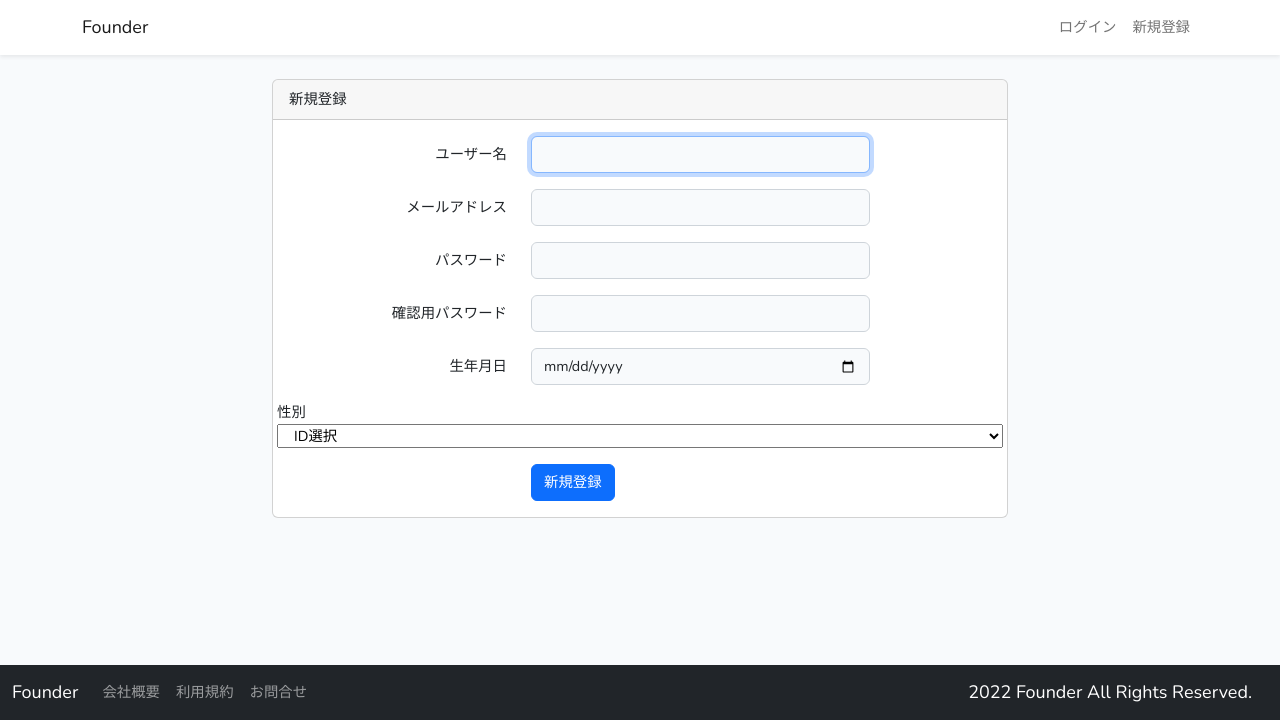
Repository: kazuro-yasuda/Founder_01
Page: http://localhost/register
The author's editor kept a record of every edit. The page is drawn from the files as they stood at one moment, then again after the next edit.
The browser window is 1280 px wide. The pictures show the whole page.
The page is served by the project's Laravel application, run on PHP 8.4 with Laravel 9. Other server files are loaded and not shown.

Above is the page before.
Console error: TypeError: Cannot set properties of null (setting 'onclick')

### cms/app/Providers/AppServiceProvider.php
<?php

namespace App\Providers;

use Illuminate\Support\ServiceProvider;
use Illuminate\Routing\UrlGenerator;//この行を追加

class AppServiceProvider extends ServiceProvider
{
    /**
     * Register any application services.
     *
     * @return void
     */
    public function register()
    {
        //
    }

    /**
     * Bootstrap any application services.
     *
     * @return void
     */
    public function boot(UrlGenerator $url)
    {
        $url->forceScheme('https');
    }
}

### cms/routes/web.php
<?php

use Illuminate\Support\Facades\Route;
use Illuminate\Http\Request;
use App\Http\Controllers\WelcomeFounderController;
use App\Http\Controllers\ItemsController;
use App\Http\Controllers\ItemController;
use App\Http\Controllers\ItemsAdminController;
use App\Http\Controllers\CompareController;
use App\Http\Controllers\MediumCategoryController;
use App\Http\Controllers\ImageController;
use App\Http\Controllers\ItemDetailController;



/*
|--------------------------------------------------------------------------
| Web Routes
|--------------------------------------------------------------------------
|
| Here is where you can register web routes for your application. These
| routes are loaded by the RouteServiceProvider within a group which
| contains the "web" middleware group. Now create something great!
|
*/
//[ ユーザー側の画面関係]

//トップページ表示
Route::get('/', [WelcomeFounderController::class, 'index']);

//中カテゴリーページ表示
Route::get('/categories',  [MediumCategoryController::class, 'index']);

//商品一覧ページ表示
Route::get('/items',   [ItemsController::class, 'index']);

// いいねボタン
 Route::post('/items/{item_id}', [ItemsController::class, 'nice']);

//商品詳細ページ表示
Route::get('/item/{id}', [ItemController::class, 'index']);


//「気になるボタン」uniteテーブル・中間テーブルに保存
Route::post('/compare/create', [CompareController::class, 'create']);

//「気になるボタン」比較ページ表示
Route::post('/compare/{item_unite_id}', [CompareController::class, 'intereste']);

//中間テーブルのデータをもとに比較画面表示
//Route::get('/compare/{unite_id}', [CompareController::class, 'index']);





//[ 管理者側の画面関係]
// ①商品の追加ダッシュボード表示(items_admin.blade.php)
 Route::get('/items_admin', [ItemsAdminController::class, 'index']);

 // ②商品を追加
 Route::post('/add_item', [ItemsAdminController::class, 'store']);


// //③商品更新処理
// Route::post('/@@@',[ItemsAdminController::class, 'update']);

// //④商品削除
// Route::delete('/@@@k/{@@@}',[ItemsAdminController::class, 'destroy']);


//画像アップロード画面表示
//Route::get('/image', [ImageController::class, 'index']);

//画像アップロード処理
//Route::post('/image/upload',[ImageController::class, 'upload']);




Auth::routes();

Route::get('/home', [App\Http\Controllers\HomeController::class, 'index'])->name('home');

### cms/resources/views/auth/register.blade.php
@extends('layouts.app')

@section('content')
<div class="container">
    <div class="row justify-content-center">
        <div class="col-md-8">
            <div class="card">
                <div class="card-header">{{ __('新規登録') }}</div>

                <div class="card-body">
                    <form method="POST" action="{{ route('register') }}">
                        @csrf

                         <!--会員種別-->
                        <!--<div class="row mb-3">-->
                        <!--    <label for="role_id" class="col-md-4 col-form-label text-md-end">{{ __('会員種別') }}</label>-->

                        <!--    <div class="col-md-6">-->
                        <!--        <input id="role_id" type="integer" class="form-control @error('role_id') is-invalid @enderror" name="role_id" value="{{ old('role_id') }}" required autocomplete="role_id" autofocus>-->

                        <!--        @error('role_id')-->
                        <!--            <span class="invalid-feedback" role="alert">-->
                        <!--                <strong>{{ $message }}</strong>-->
                        <!--            </span>-->
                        <!--        @enderror-->
                        <!--    </div>-->
                        <!--</div>-->

                        <!--ユーザー名-->
                        <div class="row mb-3">
                            <label for="name" class="col-md-4 col-form-label text-md-end">{{ __('ユーザー名') }}</label>

                            <div class="col-md-6">
                                <input id="name" type="string" class="form-control @error('name') is-invalid @enderror" name="name" value="{{ old('name') }}" required autocomplete="name" autofocus>

                                @error('name')
                                    <span class="invalid-feedback" role="alert">
                                        <strong>{{ $message }}</strong>
                                    </span>
                                @enderror
                            </div>
                        </div>



                        <!--メールアドレス-->
                        <div class="row mb-3">
                            <label for="email" class="col-md-4 col-form-label text-md-end">{{ __('メールアドレス') }}</label>

                            <div class="col-md-6">
                                <input id="email" type="string" class="form-control @error('email') is-invalid @enderror" name="email" value="{{ old('email') }}" required autocomplete="email">

                                @error('email')
                                    <span class="invalid-feedback" role="alert">
                                        <strong>{{ $message }}</strong>
                                    </span>
                                @enderror
                            </div>
                        </div>

                        <!--パスワード-->
                        <div class="row mb-3">
                            <label for="password" class="col-md-4 col-form-label text-md-end">{{ __('パスワード') }}</label>

                            <div class="col-md-6">
                                <input id="password" type="password" class="form-control @error('password') is-invalid @enderror" name="password" required autocomplete="new-password">

                                @error('password')
                                    <span class="invalid-feedback" role="alert">
                                        <strong>{{ $message }}</strong>
                                    </span>
                                @enderror
                            </div>
                        </div>

                         <!--確認用パスワード-->
                        <div class="row mb-3">
                            <label for="password-confirm" class="col-md-4 col-form-label text-md-end">{{ __('確認用パスワード') }}</label>

                            <div class="col-md-6">
                                <input id="password-confirm" type="string" class="form-control" name="password_confirmation" required autocomplete="new-password">
                            </div>
                        </div>


                         <!--性別-->
                        <!--<div class="row mb-3">-->
                        <!--    <label for="gender" class="col-md-4 col-form-label text-md-end">{{ __('性別') }}</label>-->

                        <!--    <div class="col-md-6">-->
                        <!--        <input id="gender" type="tinyint" class="form-control @error('gender') is-invalid @enderror" name="gender" value="{{ old('gender') }}" required autocomplete="gender" autofocus>-->

                        <!--        @error('gender')-->
                        <!--            <span class="invalid-feedback" role="alert">-->
                        <!--                <strong>{{ $message }}</strong>-->
                        <!--            </span>-->
                        <!--        @enderror-->
                        <!--    </div>-->
                        <!--</div>-->

                        <!--生年月日-->
                        <div class="row mb-3">
                            <label for="birthday" class="col-md-4 col-form-label text-md-end">{{ __('生年月日') }}</label>

                            <div class="col-md-6">
                                <input id="birthday" type="date" class="form-control @error('birthday') is-invalid @enderror" name="birthday" value="{{ old('birthday') }}" required autocomplete="birthday" autofocus>

                                @error('birthday')
                                    <span class="invalid-feedback" role="alert">
                                        <strong>{{ $message }}</strong>
                                    </span>
                                @enderror
                            </div>
                        </div>

                        <!-- メーカーID -->
                        <div class="row mb-3">
                            性別
                            <select type="integer" name="company_id"　class="form-select" aria-label="Default select example">
                              <option selected>ID選択</option>
                              <option value="1">１：男</option>
                              <option value="2">２：女</option>
                              <option value="3">３：その他</option>
                            </select>
                        </div>

                        <!--送信ボタン-->
                        <div class="row mb-0">
                            <div class="col-md-6 offset-md-4">
                                <button type="submit" class="btn btn-primary">
                                    {{ __('新規登録') }}
                                </button>
                            </div>
                        </div>
                    </form>
                </div>
            </div>
        </div>
    </div>
</div>
@endsection

### cms/resources/views/layouts/app.blade.php
<!doctype html>
<html lang="{{ str_replace('_', '-', app()->getLocale()) }}">
<head>
    <meta charset="utf-8">
    <meta name="viewport" content="width=device-width, initial-scale=1">

    <!-- CSRF Token -->
    <meta name="csrf-token" content="{{ csrf_token() }}">

    <title>{{ config('app.name', 'Laravel') }}</title>

    <!-- Scripts -->
    <script src="{{ asset('js/app.js') }}" defer></script>
    <script src="{{ asset('js/intereste_btn.js') }}" defer></script>

    <!-- Fonts -->
    <link rel="dns-prefetch" href="//fonts.gstatic.com">
    <link href="https://fonts.googleapis.com/css?family=Nunito" rel="stylesheet">

    <!-- Styles -->
    <link href="{{ asset('css/app.css') }}" rel="stylesheet">
    <link href="{{ asset('css/items_ranking.css') }}" rel="stylesheet">

</head>
<body>
    <div id="app">
        <nav class="navbar navbar-expand-md navbar-light bg-white shadow-sm">
            <div class="container">

                <a class="navbar-brand" href="{{ url('/categories') }}">
                    {{ config('app.name', 'Founder') }}
                </a>
                <button class="navbar-toggler" type="button" data-bs-toggle="collapse" data-bs-target="#navbarSupportedContent" aria-controls="navbarSupportedContent" aria-expanded="false" aria-label="{{ __('Toggle navigation') }}">
                    <span class="navbar-toggler-icon"></span>
                </button>

                <div class="collapse navbar-collapse" id="navbarSupportedContent">
                    <!-- Left Side Of Navbar -->
                    <ul class="navbar-nav me-auto">

                    </ul>

                    <!-- Right Side Of Navbar -->
                    <ul class="navbar-nav ms-auto">
                        <!-- Authentication Links -->
                        @guest
                            @if (Route::has('login'))
                                <li class="nav-item">
                                    <a class="nav-link" href="{{ route('login') }}">{{ __('ログイン') }}</a>
                                </li>
                            @endif

                            @if (Route::has('register'))
                                <li class="nav-item">
                                    <a class="nav-link" href="{{ route('register') }}">{{ __('新規登録') }}</a>
                                </li>
                            @endif
                        @else
                            <li class="nav-item dropdown">
                                <a id="navbarDropdown" class="nav-link dropdown-toggle" href="#" role="button" data-bs-toggle="dropdown" aria-haspopup="true" aria-expanded="false" v-pre>
                                    {{ Auth::user()->name }}
                                </a>

                                <div class="dropdown-menu dropdown-menu-end" aria-labelledby="navbarDropdown">
                                    <a class="dropdown-item" href="{{ route('logout') }}"
                                       onclick="event.preventDefault();
                                                     document.getElementById('logout-form').submit();">
                                        {{ __('Logout') }}
                                    </a>

                                    <form id="logout-form" action="{{ route('logout') }}" method="POST" class="d-none">
                                        @csrf
                                    </form>
                                </div>
                            </li>
                        @endguest
                    </ul>
                </div>
            </div>
        </nav>

        <main class="py-4">
            @yield('content')
        </main>
    </div>



    <!--フッター-->
  <nav class="navbar fixed-bottom navbar-expand-sm navbar-dark bg-dark">
  <div class="container-fluid">
    <a class="navbar-brand" href="/">Founder</a>
    <button class="navbar-toggler" type="button" data-bs-toggle="collapse" data-bs-target="#navbarCollapse" aria-controls="navbarCollapse" aria-expanded="false" aria-label="Toggle navigation">
      <span class="navbar-toggler-icon"></span>
    </button>
    <div class="collapse navbar-collapse" id="navbarCollapse">
      <ul class="navbar-nav">

        <li class="nav-item">
          <a class="nav-link" href="#">会社概要</a>
        </li>
            <li class="nav-item">
          <a class="nav-link" href="#">利用規約</a>
        </li>
            <li class="nav-item">
          <a class="nav-link" href="#">お問合せ</a>
        </li>

      </ul>
      <a class="navbar-brand ms-auto bd-highlight">2022 Founder All Rights Reserved.</a>

    </div>
  </div>
</nav>


    <!--bootstrap-->
    <script src="https://cdn.jsdelivr.net/npm/bootstrap@5.0.2/dist/js/bootstrap.bundle.min.js" integrity="sha384-MrcW6ZMFYlzcLA8Nl+NtUVF0sA7MsXsP1UyJoMp4YLEuNSfAP+JcXn/tWtIaxVXM" crossorigin="anonymous"></script>

</body>
</html>

### cms/public/js/intereste_btn.js
function onchange(){

    //　①チェックが入ったら気になるボタンのhiddenにitem_idが追加される

    var inputs = document.querySelectorAll('input[type=checkbox]');
    console.log(inputs);




    // document.getElementById("hidden_item").value = "item_id";
    // console.log("test");

  //  let item_id = '1,2,3,4,5';
 //   item_id.split(',')  // ['1', '2', '3']


    // 　②上記で取得した値(item_id)を、比較ボタンのhidden(items[])に追加する
  //  document.getElementById("compare_item").value= "item_id";



}

console.log("testtest");

var inputs = document.querySelectorAll('input[type=checkbox]');
document.getElementById('compare').onclick = function(){
     for(var i=0; i<inputs.length; i++) {
         if(inputs[i].checked){
             console
         }
         console.log(inputs[i].value) ;
     }
    // somethingChanged();
}

console.log(inputs);
console.log("testtest2");



// function onchange() {

//     let element;
//     if(document.getElementById("checkbox").checked) {

//   　　　  // チェックが入っていたら、「比較画面」への送信ボタンのdisabledを外す
//         element = document.getElementById("compare");
//         element.disabled = false;

//     }else {
//         // チェックが外れていたら、「比較画面」への送信ボタンにdisabledを付ける
//         element = document.getElementById("compare");
//         element.disabled = true;
//     }

// }

### cms/public/css/items_ranking.css

.ranking {
  counter-reset: rank;
  list-style: none
}

.ranking li {
  position: relative;
  float: left;
}

.ranking li:not(:last-child) {
  margin-bottom: 10px;
}

.ranking li::before { /* ラベルのスタイル */
  content: "";
  position: absolute;
  border-bottom: 100px solid transparent;
  border-left: 100px solid rgba(0,0,0,0.8);
}

.ranking li::after { /* 順位（文字）のスタイル */
  counter-increment: rank;
  content: counter(rank) " 位";
  position: absolute;
  top: 10px;
  left: 10px;
  font-size: 1.2em;
  color: #fff;
}

Loaded but not shown: cms/app/Http/Controllers/Auth/ConfirmPasswordController.php (common file); cms/app/Http/Controllers/Controller.php (common file); cms/app/Http/Controllers/Auth/RegisterController.php (common file); cms/public/css/app.css (library)

After the next edit:
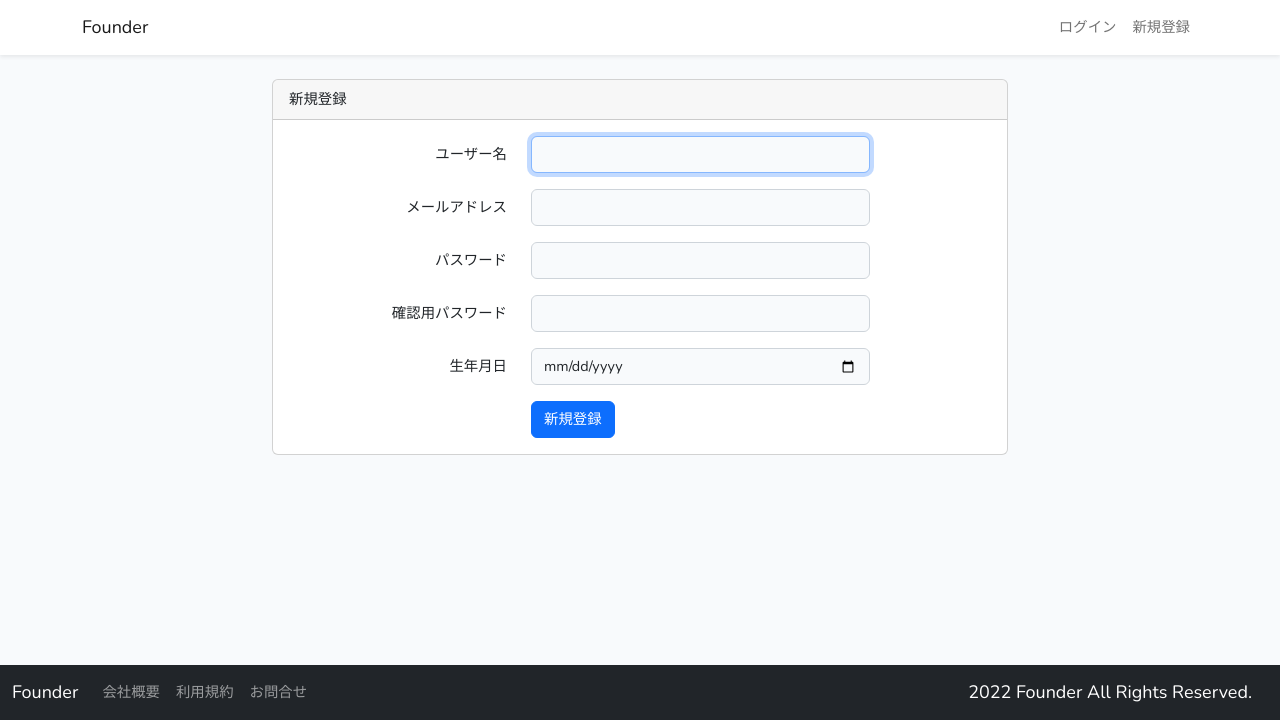
The edit:
--- a/cms/resources/views/auth/register.blade.php
+++ b/cms/resources/views/auth/register.blade.php
@@ -113,16 +113,7 @@
                             </div>
                         </div>
 
-                        <!-- メーカーID -->
-                        <div class="row mb-3">
-                            性別
-                            <select type="integer" name="company_id"　class="form-select" aria-label="Default select example">
-                              <option selected>ID選択</option>
-                              <option value="1">１：男</option>
-                              <option value="2">２：女</option>
-                              <option value="3">３：その他</option>
-                            </select>
-                        </div>
+
 
                         <!--送信ボタン-->
                         <div class="row mb-0">
